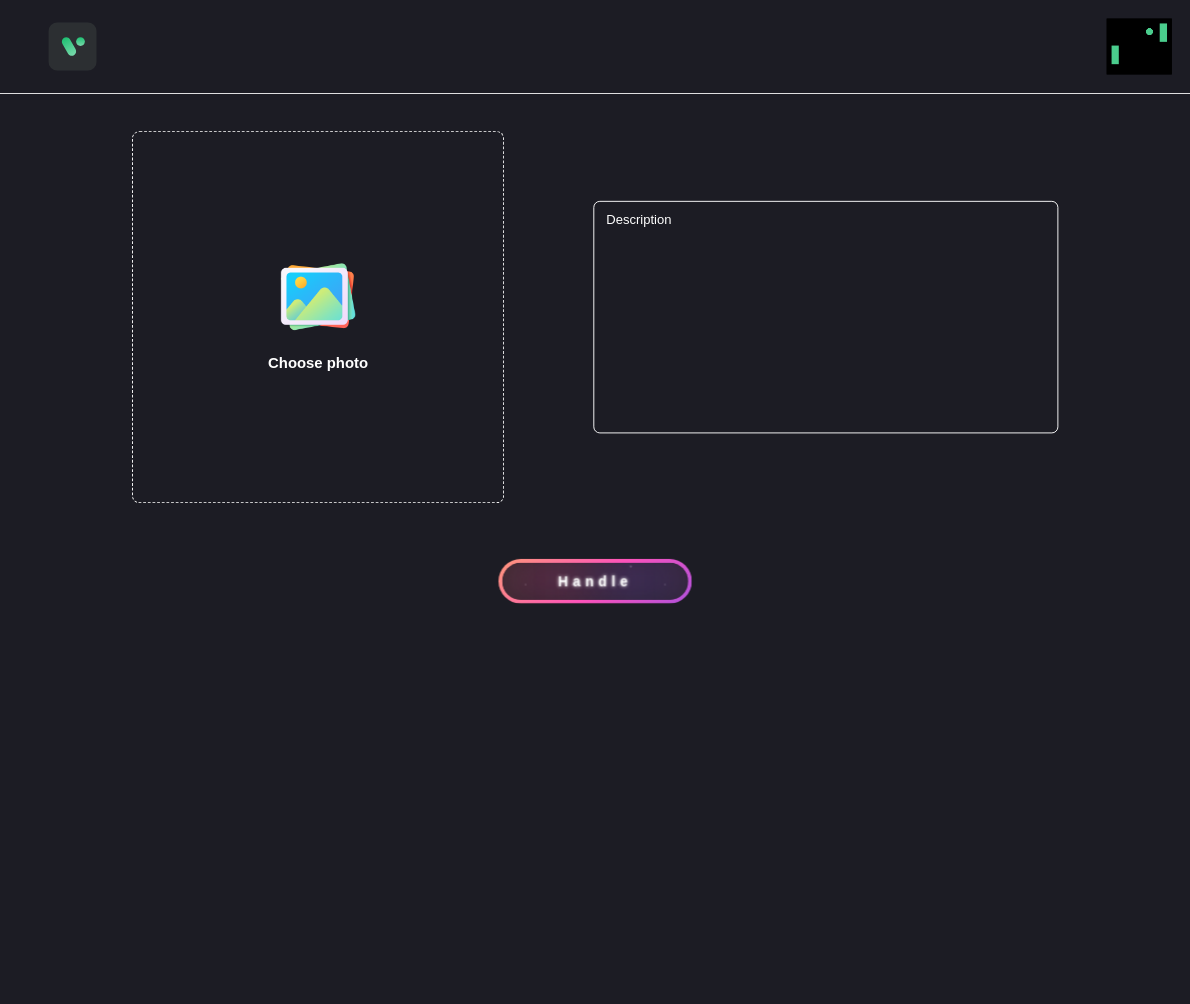
Repository: binhphan77373/Website_PBL6
Page: / (app in myapp/)
An editor plug-in stored every save of this project. The page is shown before and after the next save, followed by the edit.
The browser window is 1280 px wide. The pictures show the whole page, at 93% of full size.
The project was rebuilt for these pictures with package versions that can differ from the ones it lists, and the page was loaded fresh each time. Also part of the build but not shown: myapp/vite.config.js, myapp/src/pages/Test.jsx, myapp/src/modules/Result.jsx, myapp/src/pages/ResultPage.jsx.

Above is the page before, as saved 2023-12-29 20:11:02.

### myapp/src/App.jsx
import { Route, Routes } from 'react-router-dom'
import HomePage from './pages/HomePage'
import Test from './pages/Test'
import ResultPage from './pages/ResultPage'

function App() {

  return (
    <Routes>
      <Route path='/' element={<HomePage></HomePage>}></Route>
      <Route path='/rs' element={<ResultPage></ResultPage>}></Route>
      <Route path='/test' element={<Test></Test>}></Route>
    </Routes>
  )
}

export default App

### myapp/src/index.css
@tailwind base;
@tailwind components;
@tailwind utilities;
*,
*::before,
*::after {
  box-sizing: border-box;
}
* {
  margin: 0;
  padding: 0;
}
:root {
  --glow-rgb: 239 42 201;
}
html,
body {
  height: 100%;
}
body {
  line-height: 1.5;
  -webkit-font-smoothing: antialiased;
  -webkit-tap-highlight-color: rgba(0, 0, 0, 0);
  scroll-behavior: smooth;
}

img,
picture,
video,
canvas,
svg {
  display: block;
  max-width: 100%;
}
input,
button,
textarea,
select {
  font: inherit;
  outline: none;
}
p,
h1,
h2,
h3,
h4,
h5,
h6 {
  overflow-wrap: break-word;
}
body {
  line-height: 1.5;
  -webkit-font-smoothing: antialiased;
  -webkit-tap-highlight-color: rgba(0, 0, 0, 0);
  font-family: "Epilogue", sans-serif;
  font-size: 16px;
  background-color: #1C1C24;
  height: 150vh;
  overflow: hidden;
}
.hidden-input {
  border: 0;
  clip: rect(0 0 0 0);
  height: 1px;
  margin: -1px;
  overflow: hidden;
  padding: 0;
  position: absolute;
  width: 1px;
  white-space: nowrap;
}
/* HTML: <div class="loader"></div> */
.loader {
  width: 70px;
  height: 60px;
  border: 5px solid #000;
  padding: 0 8px;
  box-sizing: border-box;
  background: linear-gradient(#4acd8d 0 0) 0    0/8px 20px,
    linear-gradient(#4acd8d 0 0) 100% 0/8px 20px,
    radial-gradient(farthest-side,#4acd8d 90%,#0000) 0 5px/8px 8px content-box,
    #000;
  background-repeat: no-repeat;
  animation: l3 2s infinite linear;
}

@keyframes l3 {
  25% {
    background-position: 0 0   ,100% 100%,100% calc(100% - 5px)
  }

  50% {
    background-position: 0 100%,100% 100%,0    calc(100% - 5px)
  }

  75% {
    background-position: 0 100%,100%    0,100% 5px
  }
}
.btn {
  display: flex;
  justify-content: center;
  align-items: center;
  width: 13rem;
  overflow: hidden;
  height: 3rem;
  background-size: 300% 300%;
  backdrop-filter: blur(1rem);
  border-radius: 5rem;
  transition: 0.5s;
  animation: gradient_301 5s ease infinite;
  border: double 4px transparent;
  background-image: linear-gradient(#212121, #212121),  linear-gradient(137.48deg, #ffdb3b 10%,#FE53BB 45%, #8F51EA 67%, #0044ff 87%);
  background-origin: border-box;
  background-clip: content-box, border-box;
}

#container-stars {
  position: absolute;
  z-index: -1;
  width: 100%;
  height: 100%;
  overflow: hidden;
  transition: 0.5s;
  backdrop-filter: blur(1rem);
  border-radius: 5rem;
}

strong {
  z-index: 2;
  font-size: 15px;
  letter-spacing: 5px;
  color: #FFFFFF;
  text-shadow: 0 0 4px white;
}

#glow {
  position: absolute;
  display: flex;
  width: 12rem;
}

.circle {
  width: 100%;
  height: 30px;
  filter: blur(2rem);
  animation: pulse_3011 4s infinite;
  z-index: -1;
}

.circle:nth-of-type(1) {
  background: rgba(254, 83, 186, 0.636);
}

.circle:nth-of-type(2) {
  background: rgba(142, 81, 234, 0.704);
}

.btn:hover #container-stars {
  z-index: 1;
  background-color: #212121;
}

.btn:hover {
  transform: scale(1.1)
}

.btn:active {
  border: double 4px #FE53BB;
  background-origin: border-box;
  background-clip: content-box, border-box;
  animation: none;
}

.btn:active .circle {
  background: #FE53BB;
}

#stars {
  position: relative;
  background: transparent;
  width: 200rem;
  height: 200rem;
}

#stars::after {
  content: "";
  position: absolute;
  top: -10rem;
  left: -100rem;
  width: 100%;
  height: 100%;
  animation: animStarRotate 90s linear infinite;
}

#stars::after {
  background-image: radial-gradient(#ffffff 1px, transparent 1%);
  background-size: 50px 50px;
}

#stars::before {
  content: "";
  position: absolute;
  top: 0;
  left: -50%;
  width: 170%;
  height: 500%;
  animation: animStar 60s linear infinite;
}

#stars::before {
  background-image: radial-gradient(#ffffff 1px, transparent 1%);
  background-size: 50px 50px;
  opacity: 0.5;
}

@keyframes animStar {
  from {
    transform: translateY(0);
  }

  to {
    transform: translateY(-135rem);
  }
}

@keyframes animStarRotate {
  from {
    transform: rotate(360deg);
  }

  to {
    transform: rotate(0);
  }
}

@keyframes gradient_301 {
  0% {
    background-position: 0% 50%;
  }

  50% {
    background-position: 100% 50%;
  }

  100% {
    background-position: 0% 50%;
  }
}

@keyframes pulse_3011 {
  0% {
    transform: scale(0.75);
    box-shadow: 0 0 0 0 rgba(0, 0, 0, 0.7);
  }

  70% {
    transform: scale(1);
    box-shadow: 0 0 0 10px rgba(0, 0, 0, 0);
  }

  100% {
    transform: scale(0.75);
    box-shadow: 0 0 0 0 rgba(0, 0, 0, 0);
  }
}
.wheel-and-hamster {
  --dur: 1s;
  position: relative;
  width: 12em;
  height: 12em;
  font-size: 14px;
}

.wheel,
.hamster,
.hamster div,
.spoke {
  position: absolute;
}

.wheel,
.spoke {
  border-radius: 50%;
  top: 0;
  left: 0;
  width: 100%;
  height: 100%;
}

.wheel {
  background: radial-gradient(100% 100% at center,hsla(0,0%,60%,0) 47.8%,hsl(0,0%,60%) 48%);
  z-index: 2;
}

.hamster {
  animation: hamster var(--dur) ease-in-out infinite;
  top: 50%;
  left: calc(50% - 3.5em);
  width: 7em;
  height: 3.75em;
  transform: rotate(4deg) translate(-0.8em,1.85em);
  transform-origin: 50% 0;
  z-index: 1;
}

.hamster__head {
  animation: hamsterHead var(--dur) ease-in-out infinite;
  background: hsl(30,90%,55%);
  border-radius: 70% 30% 0 100% / 40% 25% 25% 60%;
  box-shadow: 0 -0.25em 0 hsl(30,90%,80%) inset,
		0.75em -1.55em 0 hsl(30,90%,90%) inset;
  top: 0;
  left: -2em;
  width: 2.75em;
  height: 2.5em;
  transform-origin: 100% 50%;
}

.hamster__ear {
  animation: hamsterEar var(--dur) ease-in-out infinite;
  background: hsl(0,90%,85%);
  border-radius: 50%;
  box-shadow: -0.25em 0 hsl(30,90%,55%) inset;
  top: -0.25em;
  right: -0.25em;
  width: 0.75em;
  height: 0.75em;
  transform-origin: 50% 75%;
}

.hamster__eye {
  animation: hamsterEye var(--dur) linear infinite;
  background-color: hsl(0,0%,0%);
  border-radius: 50%;
  top: 0.375em;
  left: 1.25em;
  width: 0.5em;
  height: 0.5em;
}

.hamster__nose {
  background: hsl(0,90%,75%);
  border-radius: 35% 65% 85% 15% / 70% 50% 50% 30%;
  top: 0.75em;
  left: 0;
  width: 0.2em;
  height: 0.25em;
}

.hamster__body {
  animation: hamsterBody var(--dur) ease-in-out infinite;
  background: hsl(30,90%,90%);
  border-radius: 50% 30% 50% 30% / 15% 60% 40% 40%;
  box-shadow: 0.1em 0.75em 0 hsl(30,90%,55%) inset,
		0.15em -0.5em 0 hsl(30,90%,80%) inset;
  top: 0.25em;
  left: 2em;
  width: 4.5em;
  height: 3em;
  transform-origin: 17% 50%;
  transform-style: preserve-3d;
}

.hamster__limb--fr,
.hamster__limb--fl {
  clip-path: polygon(0 0,100% 0,70% 80%,60% 100%,0% 100%,40% 80%);
  top: 2em;
  left: 0.5em;
  width: 1em;
  height: 1.5em;
  transform-origin: 50% 0;
}

.hamster__limb--fr {
  animation: hamsterFRLimb var(--dur) linear infinite;
  background: linear-gradient(hsl(30,90%,80%) 80%,hsl(0,90%,75%) 80%);
  transform: rotate(15deg) translateZ(-1px);
}

.hamster__limb--fl {
  animation: hamsterFLLimb var(--dur) linear infinite;
  background: linear-gradient(hsl(30,90%,90%) 80%,hsl(0,90%,85%) 80%);
  transform: rotate(15deg);
}

.hamster__limb--br,
.hamster__limb--bl {
  border-radius: 0.75em 0.75em 0 0;
  clip-path: polygon(0 0,100% 0,100% 30%,70% 90%,70% 100%,30% 100%,40% 90%,0% 30%);
  top: 1em;
  left: 2.8em;
  width: 1.5em;
  height: 2.5em;
  transform-origin: 50% 30%;
}

.hamster__limb--br {
  animation: hamsterBRLimb var(--dur) linear infinite;
  background: linear-gradient(hsl(30,90%,80%) 90%,hsl(0,90%,75%) 90%);
  transform: rotate(-25deg) translateZ(-1px);
}

.hamster__limb--bl {
  animation: hamsterBLLimb var(--dur) linear infinite;
  background: linear-gradient(hsl(30,90%,90%) 90%,hsl(0,90%,85%) 90%);
  transform: rotate(-25deg);
}

.hamster__tail {
  animation: hamsterTail var(--dur) linear infinite;
  background: hsl(0,90%,85%);
  border-radius: 0.25em 50% 50% 0.25em;
  box-shadow: 0 -0.2em 0 hsl(0,90%,75%) inset;
  top: 1.5em;
  right: -0.5em;
  width: 1em;
  height: 0.5em;
  transform: rotate(30deg) translateZ(-1px);
  transform-origin: 0.25em 0.25em;
}

.spoke {
  animation: spoke var(--dur) linear infinite;
  background: radial-gradient(100% 100% at center,hsl(0,0%,60%) 4.8%,hsla(0,0%,60%,0) 5%),
		linear-gradient(hsla(0,0%,55%,0) 46.9%,hsl(0,0%,65%) 47% 52.9%,hsla(0,0%,65%,0) 53%) 50% 50% / 99% 99% no-repeat;
}

/* Animations */
@keyframes hamster {
  from, to {
    transform: rotate(4deg) translate(-0.8em,1.85em);
  }

  50% {
    transform: rotate(0) translate(-0.8em,1.85em);
  }
}

@keyframes hamsterHead {
  from, 25%, 50%, 75%, to {
    transform: rotate(0);
  }

  12.5%, 37.5%, 62.5%, 87.5% {
    transform: rotate(8deg);
  }
}

@keyframes hamsterEye {
  from, 90%, to {
    transform: scaleY(1);
  }

  95% {
    transform: scaleY(0);
  }
}

@keyframes hamsterEar {
  from, 25%, 50%, 75%, to {
    transform: rotate(0);
  }

  12.5%, 37.5%, 62.5%, 87.5% {
    transform: rotate(12deg);
  }
}

@keyframes hamsterBody {
  from, 25%, 50%, 75%, to {
    transform: rotate(0);
  }

  12.5%, 37.5%, 62.5%, 87.5% {
    transform: rotate(-2deg);
  }
}

@keyframes hamsterFRLimb {
  from, 25%, 50%, 75%, to {
    transform: rotate(50deg) translateZ(-1px);
  }

  12.5%, 37.5%, 62.5%, 87.5% {
    transform: rotate(-30deg) translateZ(-1px);
  }
}

@keyframes hamsterFLLimb {
  from, 25%, 50%, 75%, to {
    transform: rotate(-30deg);
  }

  12.5%, 37.5%, 62.5%, 87.5% {
    transform: rotate(50deg);
  }
}

@keyframes hamsterBRLimb {
  from, 25%, 50%, 75%, to {
    transform: rotate(-60deg) translateZ(-1px);
  }

  12.5%, 37.5%, 62.5%, 87.5% {
    transform: rotate(20deg) translateZ(-1px);
  }
}

@keyframes hamsterBLLimb {
  from, 25%, 50%, 75%, to {
    transform: rotate(20deg);
  }

  12.5%, 37.5%, 62.5%, 87.5% {
    transform: rotate(-60deg);
  }
}

@keyframes hamsterTail {
  from, 25%, 50%, 75%, to {
    transform: rotate(30deg) translateZ(-1px);
  }

  12.5%, 37.5%, 62.5%, 87.5% {
    transform: rotate(10deg) translateZ(-1px);
  }
}

@keyframes spoke {
  from {
    transform: rotate(0);
  }

  to {
    transform: rotate(-1turn);
  }
}
.myCard {
  background-color: transparent;
  perspective: 1000px;
}

.title {
  font-size: 1.5em;
  font-weight: 900;
  text-align: center;
  margin: 0;
}

.innerCard {
  position: relative;
  width: 100%;
  height: 100%;
  text-align: center;
  transition: transform 0.8s;
  transform-style: preserve-3d;
  cursor: pointer;
}

.myCard:hover .innerCard {
  transform: rotateY(180deg);
}

.frontSide,
.backSide {
  position: absolute;
  display: flex;
  flex-direction: column;
  align-items: center;
  justify-content: space-evenly;
  width: 100%;
  height: 100%;
  -webkit-backface-visibility: hidden;
  backface-visibility: hidden;
  border: 1px solid rgba(255, 255, 255, 0.8);
  border-radius: 1rem;
  color: white;
  box-shadow: 0 0 0.3em rgba(255, 255, 255, 0.5);
  font-weight: 700;
}

.frontSide,
.frontSide::before {
  background: linear-gradient(43deg, rgb(65, 88, 208) 0%, rgb(200, 80, 192) 46%, rgb(255, 204, 112) 100%);
}

.backSide,
.backSide::before {
  background-image: linear-gradient(160deg, #0093E9 0%, #80D0C7 100%);
}

.backSide {
  transform: rotateY(180deg);
}

.frontSide::before,
.backSide::before {
  top: 50%;
  left: 50%;
  transform: translate(-50%, -50%);
  content: '';
  width: 110%;
  height: 110%;
  position: absolute;
  z-index: -1;
  border-radius: 1em;
  filter: blur(20px);
  animation: animate 5s linear infinite;
}

@keyframes animate {
  0% {
    opacity: 0.3;
  }

  80% {
    opacity: 1;
  }

  100% {
    opacity: 0.3;
  }
}
.btnback {
  position: relative;
  width: 120px;
  height: 40px;
  background-color: #000;
  display: flex;
  align-items: center;
  color: white;
  flex-direction: column;
  justify-content: center;
  border: none;
  padding: 12px;
  gap: 12px;
  border-radius: 8px;
  cursor: pointer;
}

.btnback::before {
  content: '';
  position: absolute;
  inset: 0;
  left: -4px;
  top: -1px;
  margin: auto;
  width: 128px;
  height: 48px;
  border-radius: 10px;
  background: linear-gradient(-45deg, #e81cff 0%, #40c9ff 100% );
  z-index: -10;
  pointer-events: none;
  transition: all 0.6s cubic-bezier(0.175, 0.885, 0.32, 1.275);
}

.btnback::after {
  content: "";
  z-index: -1;
  position: absolute;
  inset: 0;
  background: linear-gradient(-45deg, #fc00ff 0%, #00dbde 100% );
  transform: translate3d(0, 0, 0) scale(0.95);
  filter: blur(20px);
}

.btnback:hover::after {
  filter: blur(30px);
}

.btnback:hover::before {
  transform: rotate(-180deg);
}

.btnback:active::before {
  scale: 0.7;
}
.glow-point {
  position: absolute;
  box-shadow: 0rem 0rem 1.2rem 0.6rem rgb(var(--glow-rgb));
  pointer-events: none;
}

.star {
  position: absolute;
  z-index: 2;
  color: white;
  font-size: 1rem;
  animation-duration: 1500ms;
  animation-fill-mode: forwards;
  pointer-events: none;
}

@keyframes fall-1 {
  0% {
    transform: translate(0px, 0px) rotateX(45deg) rotateY(30deg) rotateZ(0deg) scale(0.25);
    opacity: 0;
  }

  5% {
    transform: translate(10px, -10px) rotateX(45deg) rotateY(30deg) rotateZ(0deg) scale(1);
    opacity: 1;
  }

  100% {
    transform: translate(25px, 200px) rotateX(180deg) rotateY(270deg) rotateZ(90deg) scale(1);
    opacity: 0;
  }
}

@keyframes fall-2 {
  0% {
    transform: translate(0px, 0px) rotateX(-20deg) rotateY(10deg) scale(0.25);
    opacity: 0;
  }

  10% {
    transform: translate(-10px, -5px) rotateX(-20deg) rotateY(10deg) scale(1);
    opacity: 1;
  }

  100% {
    transform: translate(-10px, 160px) rotateX(-90deg) rotateY(45deg) scale(0.25);
    opacity: 0;
  }
}

@keyframes fall-3 {
  0% {
    transform: translate(0px, 0px) rotateX(0deg) rotateY(45deg) scale(0.5);
    opacity: 0;
  }

  15% {
    transform: translate(7px, 5px) rotateX(0deg) rotateY(45deg) scale(1);
    opacity: 1;
  }

  100% {
    transform: translate(20px, 120px) rotateX(-180deg) rotateY(-90deg) scale(0.5);
    opacity: 0;
  }
}

### myapp/src/pages/HomePage.jsx
import  { useEffect } from 'react';
import Topbar from '../modules/Topbar';
import Body from '../modules/Body';
import "../index.css";
const HomePage = () => {
  useEffect(() => {
    document.title = "Home Page";
  }, []);
  return (
    <>
      <Topbar></Topbar>
      <Body></Body>
    </>
  );
};

export default HomePage;

### myapp/src/modules/Topbar.jsx
import styled from "styled-components";
const DashboardHeaderStyles = styled.div`
  padding: 20px;
  border-bottom: 1px solid #eee;
  display: flex;
  justify-content: space-between;
  gap: 20px;
  .logo {
    display: flex;
    align-items: center;
    gap: 20px;
    font-size: 18px;
    font-weight: 600;
    img {
      max-width: 40px;
    }
  }
  .header-avatar {
    width: 52px;
    height: 52px;
    img {
      width: 100%;
      height: 100%;
      object-fit: cover;
      border-radius: 100rem;
    }
  }
  .header-right {
    display: flex;
    align-items: center;
    gap: 20px;
  }
`;

const Topbar = () => {
  return (
    <DashboardHeaderStyles>
      <div className="logo ml-8">
        <svg
          width={52}
          height={52}
          viewBox="0 0 52 52"
          fill="none"
          xmlns="http://www.w3.org/2000/svg"
        >
          <rect width={52} height={52} rx={10} fill="#2C2F32" />
          <path
            d="M15.186 23.2348C13.8487 20.8914 14.5874 17.9269 16.8359 16.6135C19.0844 15.3 21.9912 16.135 23.3285 18.4784L29.1985 28.7652C30.5358 31.1086 29.797 34.0731 27.5485 35.3865C25.3001 36.6999 22.3932 35.865 21.056 33.5215L15.186 23.2348Z"
            fill="url(#paint0_linear_2376_1140)"
          />
          <path
            d="M39.2349 20.6917C39.2349 23.3235 37.1345 25.4569 34.5435 25.4569C31.9525 25.4569 29.8521 23.3235 29.8521 20.6917C29.8521 18.0599 31.9525 15.9265 34.5435 15.9265C37.1345 15.9265 39.2349 18.0599 39.2349 20.6917Z"
            fill="url(#paint1_linear_2376_1140)"
          />
          <defs>
            <linearGradient
              id="paint0_linear_2376_1140"
              x1="16.8359"
              y1="16.6135"
              x2="27.441"
              y2="35.0019"
              gradientUnits="userSpaceOnUse"
            >
              <stop stopColor="#1DC071" />
              <stop offset={1} stopColor="#77D9AA" />
            </linearGradient>
            <linearGradient
              id="paint1_linear_2376_1140"
              x1="34.5435"
              y1="15.9265"
              x2="34.5205"
              y2="25.2863"
              gradientUnits="userSpaceOnUse"
            >
              <stop stopColor="#1DC071" />
              <stop offset={1} stopColor="#77D9AA" />
            </linearGradient>
          </defs>
        </svg>
      </div>
      <div className="loader"></div>
    </DashboardHeaderStyles>
  );
};

export default Topbar;

### myapp/src/components/Image/ImageUpload.jsx
import { Fragment } from "react";
import PropTypes from "prop-types";
const ImageUpload = (props) => {
  const {
    name,
    className = "",
    progress = 0,
    image = "",
    del = true,
    onClick = () => {},
    handleDeleteImage = () => {},
    ...rest
  } = props;
  return (
    <label
      className={`cursor-pointer flex items-center justify-center border border-dashed border-primary w-[400px] min-h-[400px] rounded-lg ${className} relative overflow-hidden group`}
    >
      {del && (
        <input
          type="file"
          name={name}
          className="hidden-input"
          onChange={() => {}}
          {...rest}
        />
      )}
      {/* <div className="absolute z-10 w-16 h-16 border-8 border-green-500 rounded-full loading border-t-transparent animate-spin"></div> */}
      {progress !== 0 && !image && (
        <div
          aria-label="Orange and tan hamster running in a metal wheel"
          role="img"
          className="wheel-and-hamster"
        >
          <div className="wheel"></div>
          <div className="hamster">
            <div className="hamster__body">
              <div className="hamster__head">
                <div className="hamster__ear"></div>
                <div className="hamster__eye"></div>
                <div className="hamster__nose"></div>
              </div>
              <div className="hamster__limb hamster__limb--fr"></div>
              <div className="hamster__limb hamster__limb--fl"></div>
              <div className="hamster__limb hamster__limb--br"></div>
              <div className="hamster__limb hamster__limb--bl"></div>
              <div className="hamster__tail"></div>
            </div>
          </div>
          <div className="spoke"></div>
        </div>
      )}
      {!image && progress === 0 && (
        <div className="flex flex-col items-center text-center pointer-events-none">
          <img
            src="/img-upload.png"
            alt="upload-img"
            className="max-w-[80px] mb-5"
          />
          <p className="font-semibold text-primary">Choose photo</p>
        </div>
      )}
      {image && (
        <Fragment>
          <img
            src={image}
            className="object-cover w-full h-full"
            alt=""
            onClick={onClick}
          />
          {del && (
            <button
              type="button"
              className="absolute z-10 flex items-center justify-center invisible w-16 h-16 text-red-500 transition-all bg-white rounded-full opacity-0 cursor-pointer group-hover:opacity-100 group-hover:visible"
              onClick={handleDeleteImage}
            >
              <svg
                xmlns="http://www.w3.org/2000/svg"
                className="w-6 h-6"
                fill="none"
                viewBox="0 0 24 24"
                stroke="currentColor"
                strokeWidth="2"
              >
                <path
                  strokeLinecap="round"
                  strokeLinejoin="round"
                  d="M19 7l-.867 12.142A2 2 0 0116.138 21H7.862a2 2 0 01-1.995-1.858L5 7m5 4v6m4-6v6m1-10V4a1 1 0 00-1-1h-4a1 1 0 00-1 1v3M4 7h16"
                />
              </svg>
            </button>
          )}
        </Fragment>
      )}
      {/* {!image && (
        <div
          className="absolute bottom-0 left-0 w-10 h-1 transition-all bg-green-400 image-upload-progress"
          style={{
            width: `${Math.ceil(progress)}%`,
          }}
        ></div>
      )} */}
    </label>
  );
};
ImageUpload.propTypes = {
  name: PropTypes.string,
  className: PropTypes.string,
  progress: PropTypes.number,
  image: PropTypes.string,
  del: PropTypes.any,
  onClick: PropTypes.func,
  handleDeleteImage: PropTypes.func,
};
export default ImageUpload;

Loaded but not shown: myapp/index.html (common file); myapp/src/main.jsx (common file); myapp/tailwind.config.js (16 lines, source omitted); myapp/src/modules/Body.jsx (112 lines, source omitted); myapp/src/components/Mouse/StarsMouse.jsx (156 lines, source omitted)

After the next save:
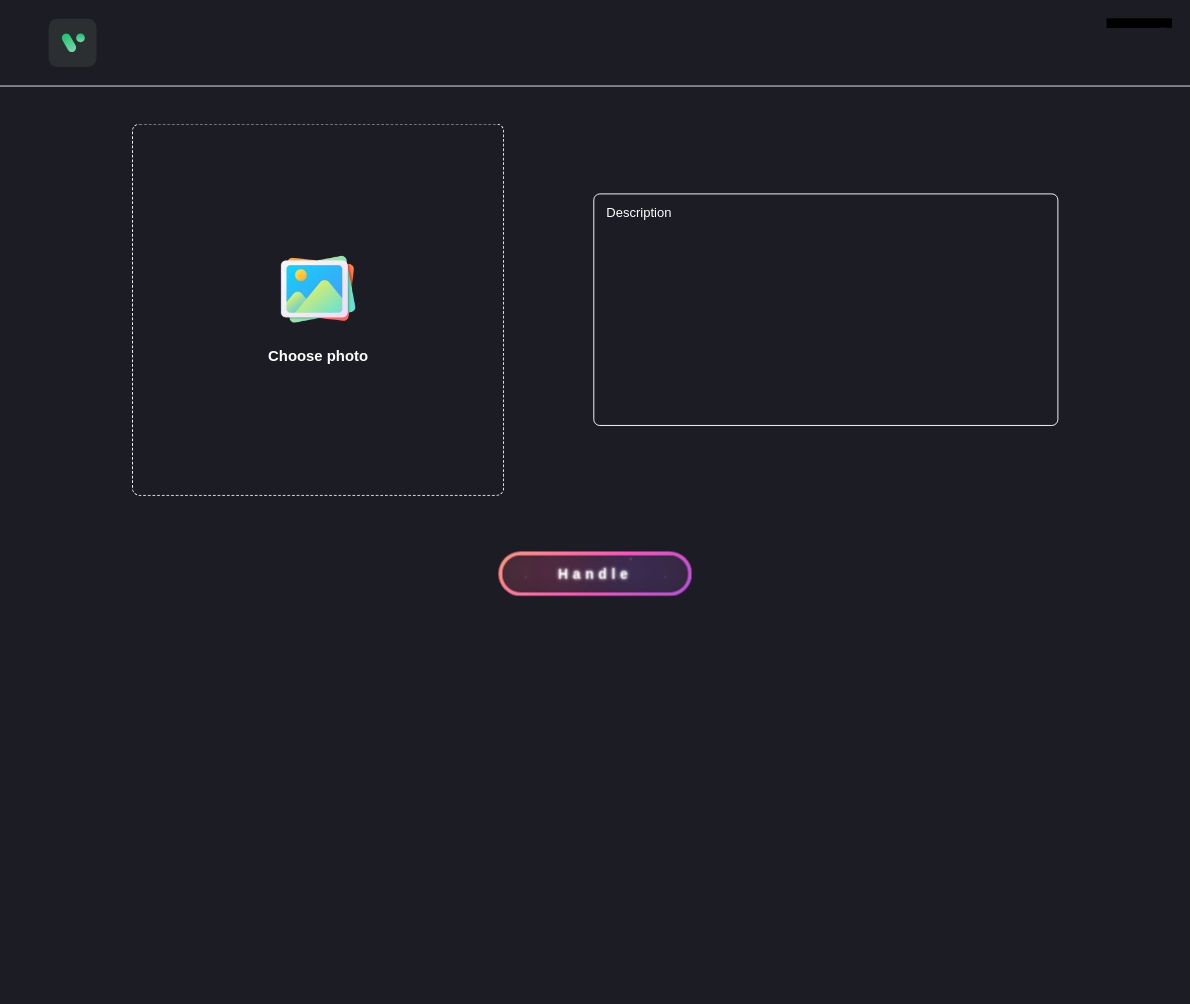
Saved 17 s later.
--- a/myapp/src/index.css
+++ b/myapp/src/index.css
@@ -742,3 +742,75 @@ strong {
     opacity: 0;
   }
 }
+.loader {
+  display: -webkit-box;
+  display: -ms-flexbox;
+  display: flex;
+  -webkit-box-pack: center;
+  -ms-flex-pack: center;
+  justify-content: center;
+  -webkit-box-align: center;
+  -ms-flex-align: center;
+  align-items: center;
+  height: 100%;
+}
+
+.dot {
+  display: inline-block;
+  width: 10px;
+  height: 10px;
+  margin-right: 6px;
+  border-radius: 50%;
+  -webkit-animation: dot-pulse2 1.5s ease-in-out infinite;
+  animation: dot-pulse2 1.5s ease-in-out infinite;
+}
+
+.dot-1 {
+  background-color: #4285f4;
+  -webkit-animation-delay: 0s;
+  animation-delay: 0s;
+}
+
+.dot-2 {
+  background-color: #34a853;
+  -webkit-animation-delay: 0.3s;
+  animation-delay: 0.3s;
+}
+
+.dot-3 {
+  background-color: #fbbc05;
+  -webkit-animation-delay: 0.6s;
+  animation-delay: 0.6s;
+}
+
+.dot-4 {
+  background-color: #ea4335;
+  -webkit-animation-delay: 0.9s;
+  animation-delay: 0.9s;
+}
+
+.dot-5 {
+  background-color: #4285f4;
+  -webkit-animation-delay: 1.2s;
+  animation-delay: 1.2s;
+}
+
+@keyframes dot-pulse2 {
+  0% {
+    -webkit-transform: scale(0.5);
+    transform: scale(0.5);
+    opacity: 0.5;
+  }
+
+  50% {
+    -webkit-transform: scale(1);
+    transform: scale(1);
+    opacity: 1;
+  }
+
+  100% {
+    -webkit-transform: scale(0.5);
+    transform: scale(0.5);
+    opacity: 0.5;
+  }
+}
